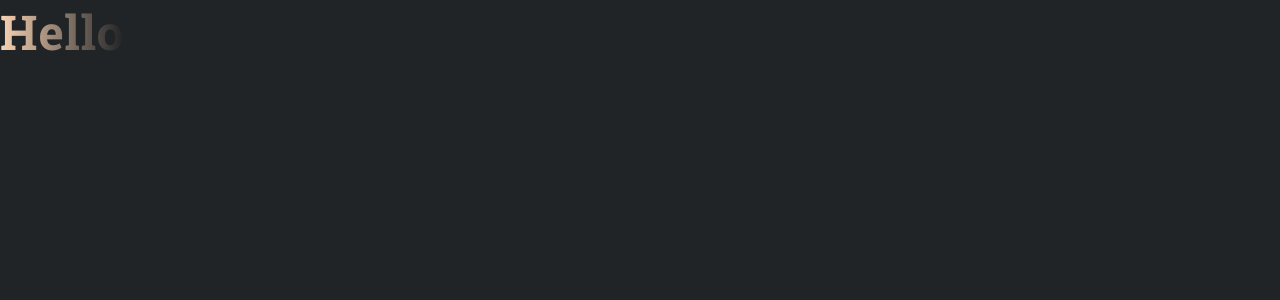
Repository: TanHuynh1108/movie_react_app
Page: /
The author's editor kept a copy of each file at every save. The page is drawn from the files as they stood at one save, then again after the next save.
The browser window is 1280 px wide. The pictures show the whole page.
The page's requests for data from a server got no answer. The project was rebuilt for these pictures with package versions that can differ from the ones it lists, and the page was loaded fresh each time. No one was signed in, and anything a server would have sent is missing.

Above is the page before, as saved 2023-08-29 11:29:32.

After the next save:
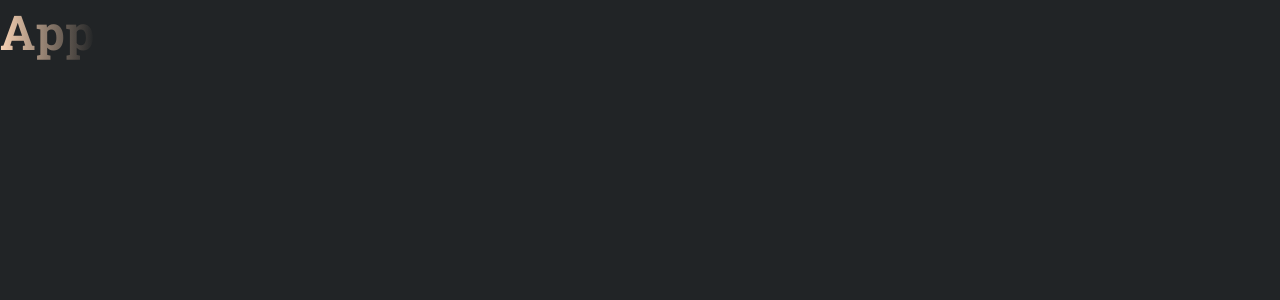
Saved 13 s later.
--- a/src/App.js
+++ b/src/App.js
@@ -13,7 +13,7 @@
         searchMovies('spiderman');
     })
     return (
-        <h1>Hello</h1>
+        <h1>App</h1>
     );
 }
 
